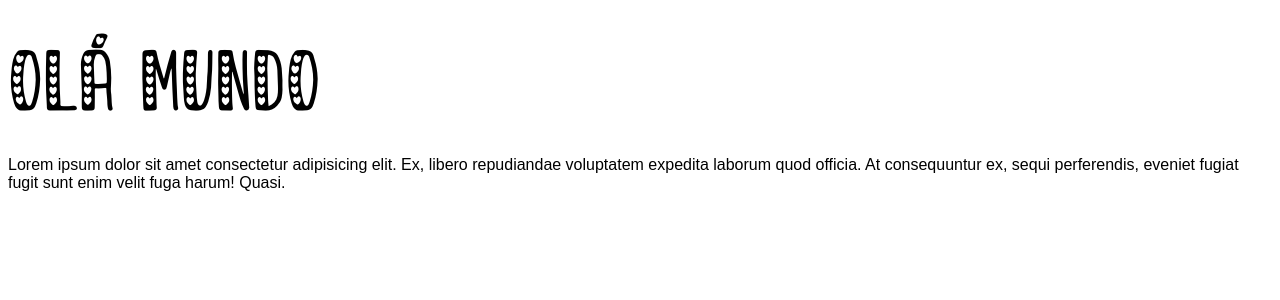
Repository: pheonix5/Estudo
Page: html-css/exercicios/ex018/font02.html
An editor plug-in stored every save of this project. The page is shown before and after the next save, followed by the edit.
The browser window is 1280 px wide. The pictures show the whole page.
Some web fonts or font styles are not loaded; a fallback is used.

Above is the page before, as saved 2023-08-13 00:22:15.

### html-css/exercicios/ex018/font02.html
<!DOCTYPE html>
<html lang="pt-br">
<head>
  <meta charset="UTF-8">
  <meta name="viewport" content="width=device-width, initial-scale=1.0">
  <title>Fontes Externas</title>
  <style>
    @import url('https://fonts.googleapis.com/css2?family=Berkshire+Swash&display=swap');

    @font-face {
      font-family: 'Love';
      src: url('fonts/love story ttf.ttf') format('truetype');
      font-weight: normal;
      font-style: normal;
      /*
        Tipos de Format()
        - opentype (otf)
        - truetype (ttf)
        - embedded-opentype
        - trutype-att(Apple Advanced Typography)
        - svg
      */
    }

    body{
      font-family: Arial, Helvetica, sans-serif;
    }

    h1{
      font-family: 'Love', Times, serif;
      font-size: 3em;
      font-weight: normal;
    }
  </style>
</head>
<body>
  <h1>Olá Mundo</h1>
  <p>Lorem ipsum dolor sit amet consectetur adipisicing elit. Ex, libero repudiandae voluptatem expedita laborum quod officia. At consequuntur ex, sequi perferendis, eveniet fugiat fugit sunt enim velit fuga harum! Quasi.</p>
</body>
</html>

After the next save:
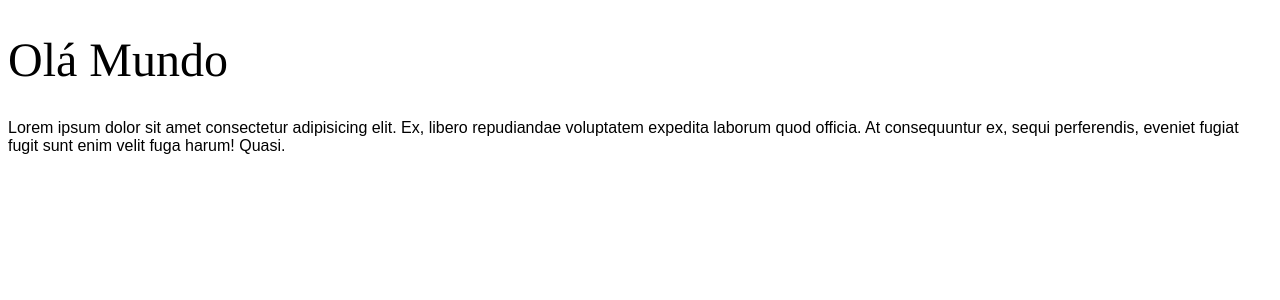
Saved 38 s later.
--- a/html-css/exercicios/ex018/font02.html
+++ b/html-css/exercicios/ex018/font02.html
@@ -27,7 +27,7 @@
     }
 
     h1{
-      font-family: 'Love', Times, serif;
+      font-family: 'Berkshire Swash', Times, serif;
       font-size: 3em;
       font-weight: normal;
     }
